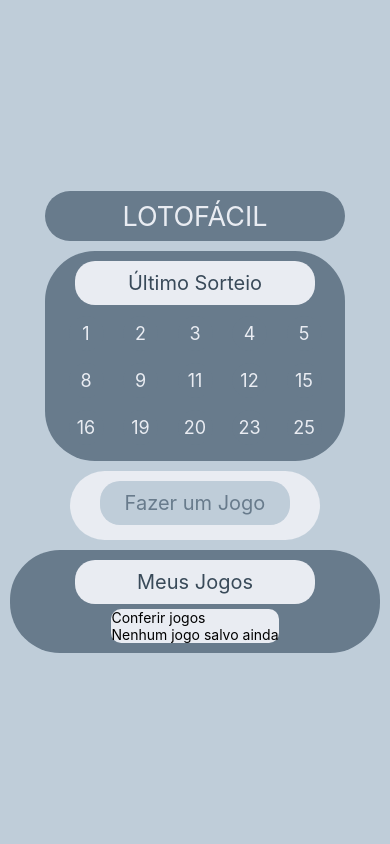
Repository: Deyvid-Kasteh/LotofacilApp
Screen: /
The author's editor kept a copy of each file at every save. The screen is drawn from the files as they stood at one save, then again after a run of saves.
The app was drawn by React Native's web renderer in a window 390 px wide. The project was rebuilt for these pictures with package versions that can differ from the ones it lists, and the page was loaded fresh each time. Also part of the build but not shown: Bolhas.js, components/Resultado.js, components/Jogo.js, paginaTESTE.js, paginaTESTE2.js, SeuComponentePai.js, components/ResultadoTexte2.js.

Above is the screen before, as saved 2023-12-02 23:11:51.

After the next 5 saves:
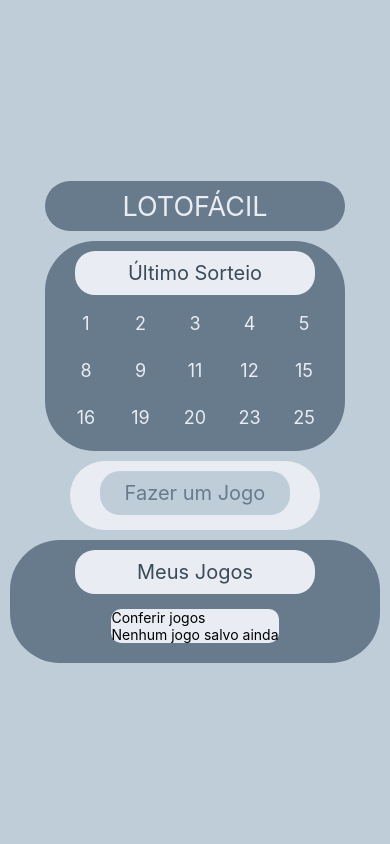
The 5 saves are shown as one change because they came seconds apart.
The last was saved 31 s later.
--- a/components/MostrarJogosSalvos.js
+++ b/components/MostrarJogosSalvos.js
@@ -48,6 +48,7 @@
     <View
       style={{
         borderRadius: 10,
+        margin: 10,
 
         backgroundColor: Cores.cor1,
       }}
